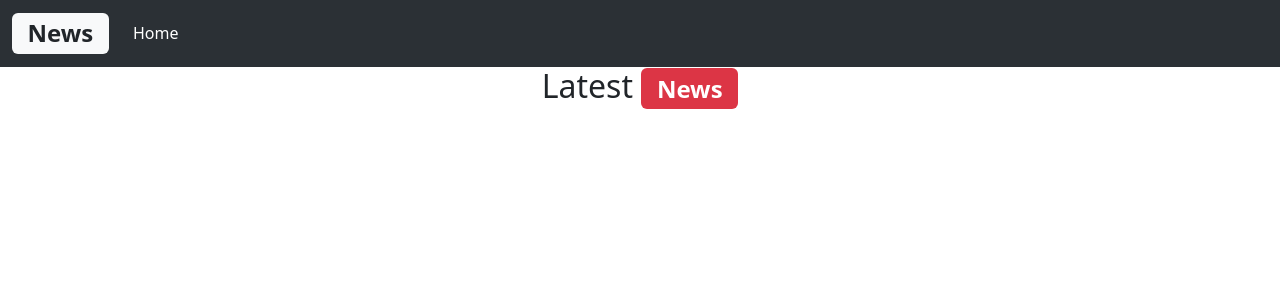
Repository: sshaiv/News_app
Page: /
These files come from the project's save history. The page is drawn as it stood at one moment and after the next save; the edit follows.
The browser window is 1280 px wide. The pictures show the whole page.
The page's requests for data from a server got no answer. The project was rebuilt for these pictures with package versions that can differ from the ones it lists, and the page was loaded fresh each time. No one was signed in, and anything a server would have sent is missing. Also part of the build but not shown: vite.config.js, src/Components/NewsItem.jsx, src/index.css.

Above is the page before, as saved 2024-07-15 12:06:47.

After the next save:
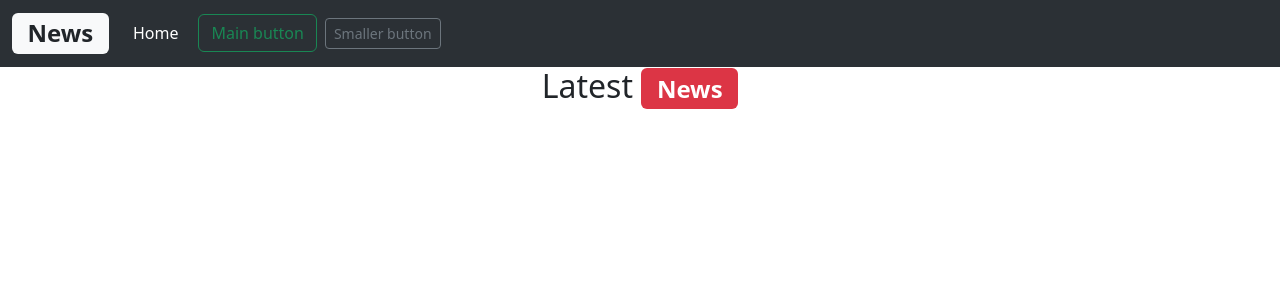
Saved 4 s later.
--- a/src/Components/Navbar.jsx
+++ b/src/Components/Navbar.jsx
@@ -16,6 +16,11 @@
         </li>
 
       </ul>
+
+      <form class="container-fluid justify-content-start">
+    <button class="btn btn-outline-success me-2" type="button">Main button</button>
+    <button class="btn btn-sm btn-outline-secondary" type="button">Smaller button</button>
+  </form>
     </div>
   </div>
 </nav>

After the save that followed:
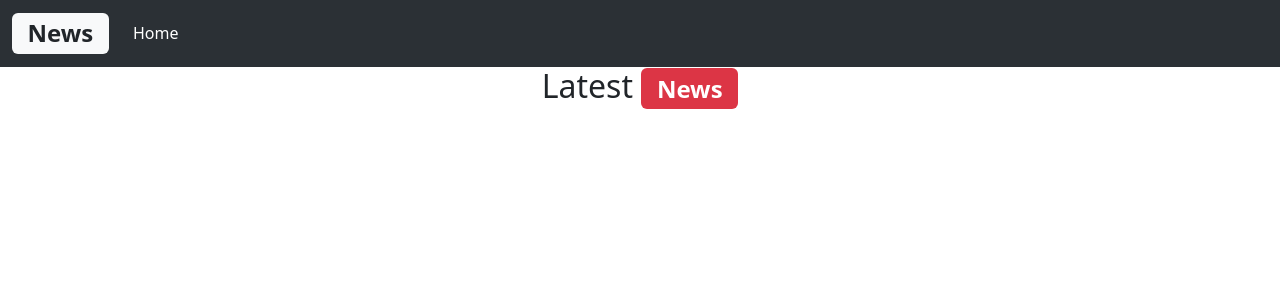
Saved 15 s later.
--- a/src/Components/Navbar.jsx
+++ b/src/Components/Navbar.jsx
@@ -17,10 +17,7 @@
 
       </ul>
 
-      <form class="container-fluid justify-content-start">
-    <button class="btn btn-outline-success me-2" type="button">Main button</button>
-    <button class="btn btn-sm btn-outline-secondary" type="button">Smaller button</button>
-  </form>
+
     </div>
   </div>
 </nav>
